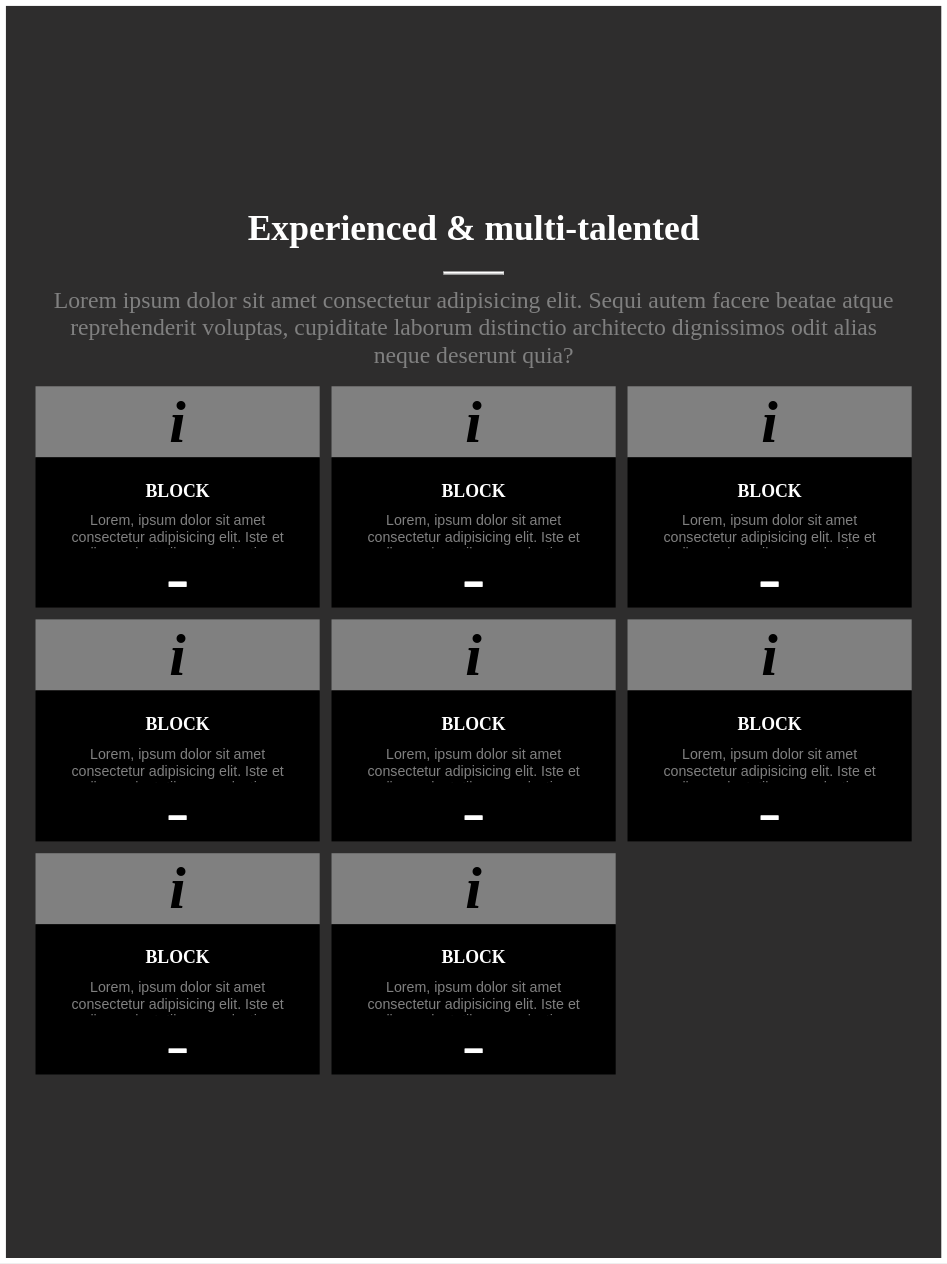
Repository: MohmdMHR/limesharp-test
Page: /
An editor plug-in stored every save of this project. The page is shown before and after the next save, followed by the edit.
The browser window is 1280 px wide. The pictures show the whole page, at 74% of full size.
The project was rebuilt for these pictures with package versions that can differ from the ones it lists, and the page was loaded fresh each time. Also part of the build but not shown: vue.config.js.

Above is the page before, as saved 2022-07-20 18:31:02.

### src/main.js
import Vue from "vue";
import Main from "./Main.vue";

Vue.config.productionTip = false;

new Vue({
  render: (h) => h(Main),
}).$mount("#app");

### src/Main.vue
<template>
  <div class="main container">
    <h1 class="main-title">Experienced & multi-talented</h1>
    <hr class="spacer" />
    <div class="main-content">
      Lorem ipsum dolor sit amet consectetur adipisicing elit. Sequi autem
      facere beatae atque reprehenderit voluptas, cupiditate laborum distinctio
      architecto dignissimos odit alias neque deserunt quia?
    </div>
    <div class="cards-container">
      <card
        v-for="(card, index) in numberOfCards"
        :key="index"
        title="block"
      ></card>
    </div>
  </div>
</template>

<script>
import Card from "./components/card.vue";

export default {
  name: "App",
  components: {
    Card,
  },
  data() {
    return {
      numberOfCards: 8,
    };
  },
};
</script>

<style lang="scss" scoped>
.main {
  padding: 15rem 2rem;
  background-color: rgb(46, 45, 45);
}
.main-title {
  color: white;
  text-align: center;
  font-size: 3rem;
}
.spacer {
  border-top: 3px solid white;
  width: 5rem;
}
.main-content {
  color: gray;
  text-align: center;
  margin: 1rem 2rem;
  font-size: 2rem;
}
.cards-container {
  display: grid;
  grid-template-columns: repeat(auto-fit, 25rem);
  justify-content: center;
}
</style>

### src/components/card.vue
<template>
  <div>
    <div class="card container">
      <div class="card-banner-img">i</div>
      <div class="card-content">
        <h1 class="card-content-title">{{ title }}</h1>
        <p class="card-content-text" :class="{ collapsed: collapsed }">
          Lorem, ipsum dolor sit amet consectetur adipisicing elit. Iste et
          ullam voluptatibus a molestiae deleniti necessitatibus dolor.
        </p>
        <div
          class="card-btn"
          :class="{ toggled: collapsed }"
          @click="collapse()"
        ></div>
      </div>
    </div>
  </div>
</template>

<script>
export default {
  name: "SingleCard",
  data() {
    return {
      collapsed: false,
    };
  },
  props: {
    title: {
      type: String,
      Default: "Block",
    },
  },
  methods: {
    collapse() {
      this.collapsed = !this.collapsed;
    },
  },
};
</script>

<style lang="scss" scoped>
.card {
  border-radius: 0.5rem;
  position: relative;
  margin: 0.5rem;
}
.card-banner-img {
  overflow: hidden;
  background-color: gray;
  justify-content: center;
  display: flex;
  align-items: center;
  height: 6rem;
  font-weight: bold;
  font-style: italic;
  font-size: 5rem;
}
.card-content {
  background: black;
  padding: 1rem 2rem;
}
.card-content-title {
  color: white;
  text-transform: uppercase;
  text-align: center;

  font-size: 1.5rem;
}
.card-content-text {
  color: gray;
  text-align: center;
  height: 3rem;
  overflow: hidden;
  margin: 1rem;
  font-family: "proxima-nova", sans-serif;
  font-size: 1.2rem;
  &.collapsed {
    height: 100%;
    z-index: 1;
  }
}
.card-btn {
  margin: 2rem auto 0;
  cursor: pointer;
  height: 2rem;
  position: relative;
  width: 2rem;
  border-radius: 50%;
  &:before,
  &:after {
    background: white;
    top: 13px;
    left: 4px;
    content: "";
    height: 0.4rem;
    position: absolute;
    width: 1.5rem;
    transition: transform 500ms ease;
  }
  &:after {
    transform-origin: center;
  }
  &.toggled {
    &:after {
      transform: rotate(90deg);
    }
    &:before {
      transform: rotate(180deg);
    }
  }
}
</style>

Loaded but not shown: public/index.html (common file)

After the next save:
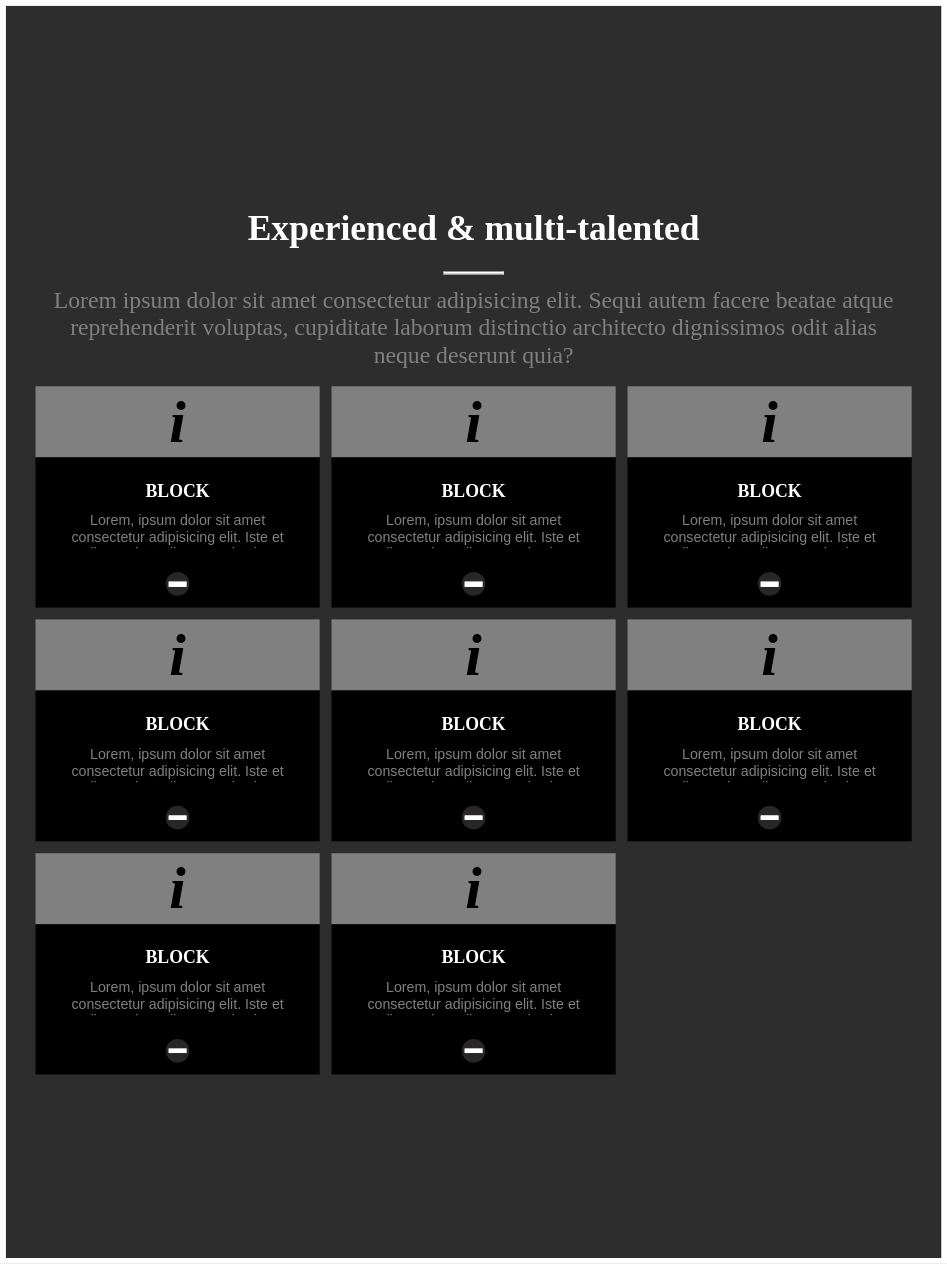
Saved 42 s later.
--- a/src/components/card.vue
+++ b/src/components/card.vue
@@ -87,6 +87,7 @@ export default {
   height: 2rem;
   position: relative;
   width: 2rem;
+  background: #282626;
   border-radius: 50%;
   &:before,
   &:after {
